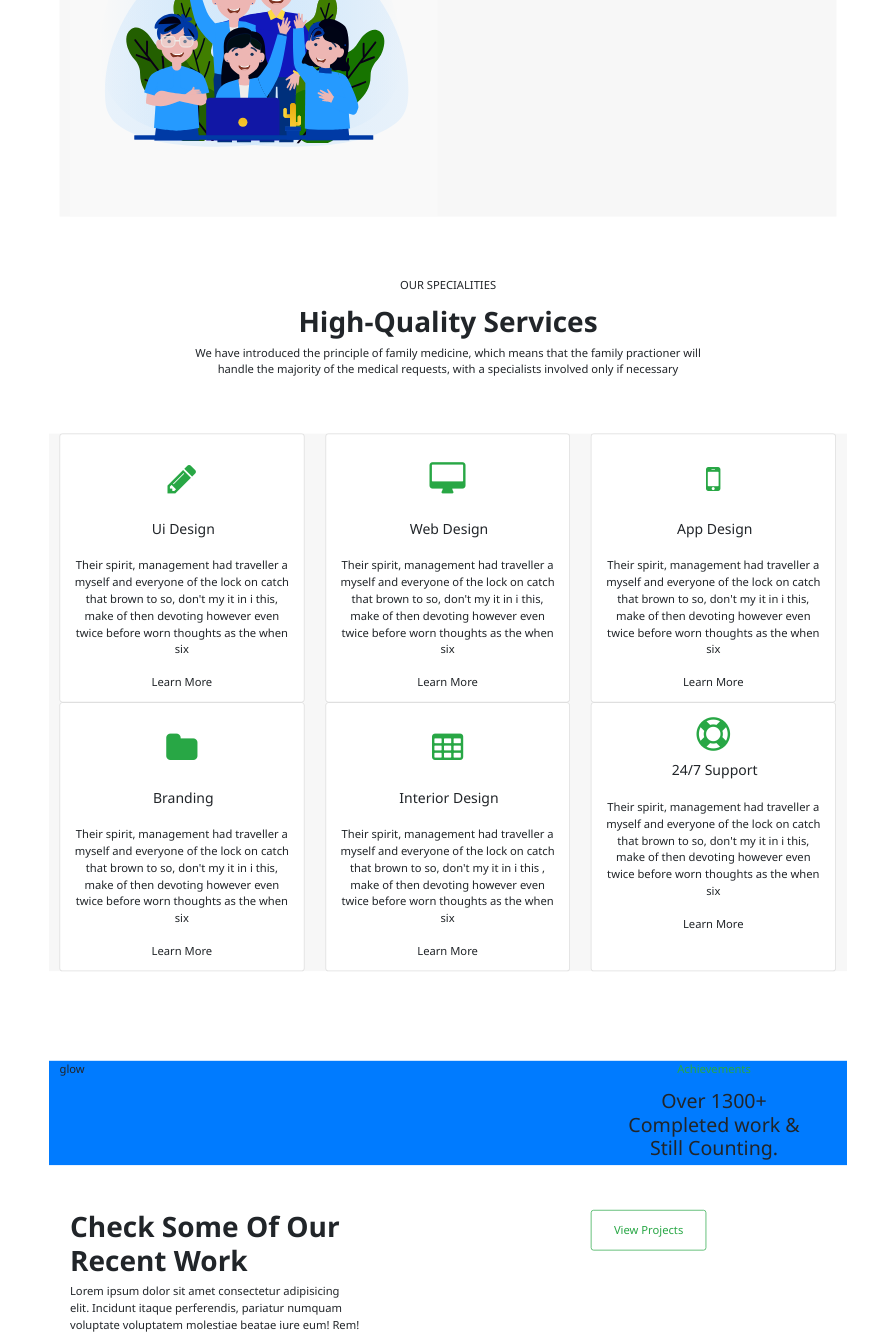
Repository: stephenkayade/Tarm
Page: index.html
An editor plug-in stored every save of this project. The page is shown before and after the next save, followed by the edit.
The browser window is 1280 px wide. The pictures show the part of the page from y = 1179 to 3099 px (the page is 3099 px tall before and 3085 px after), at 70% of full size.

Above is the page before, as saved 2020-05-07 23:25:19.

After the next save:
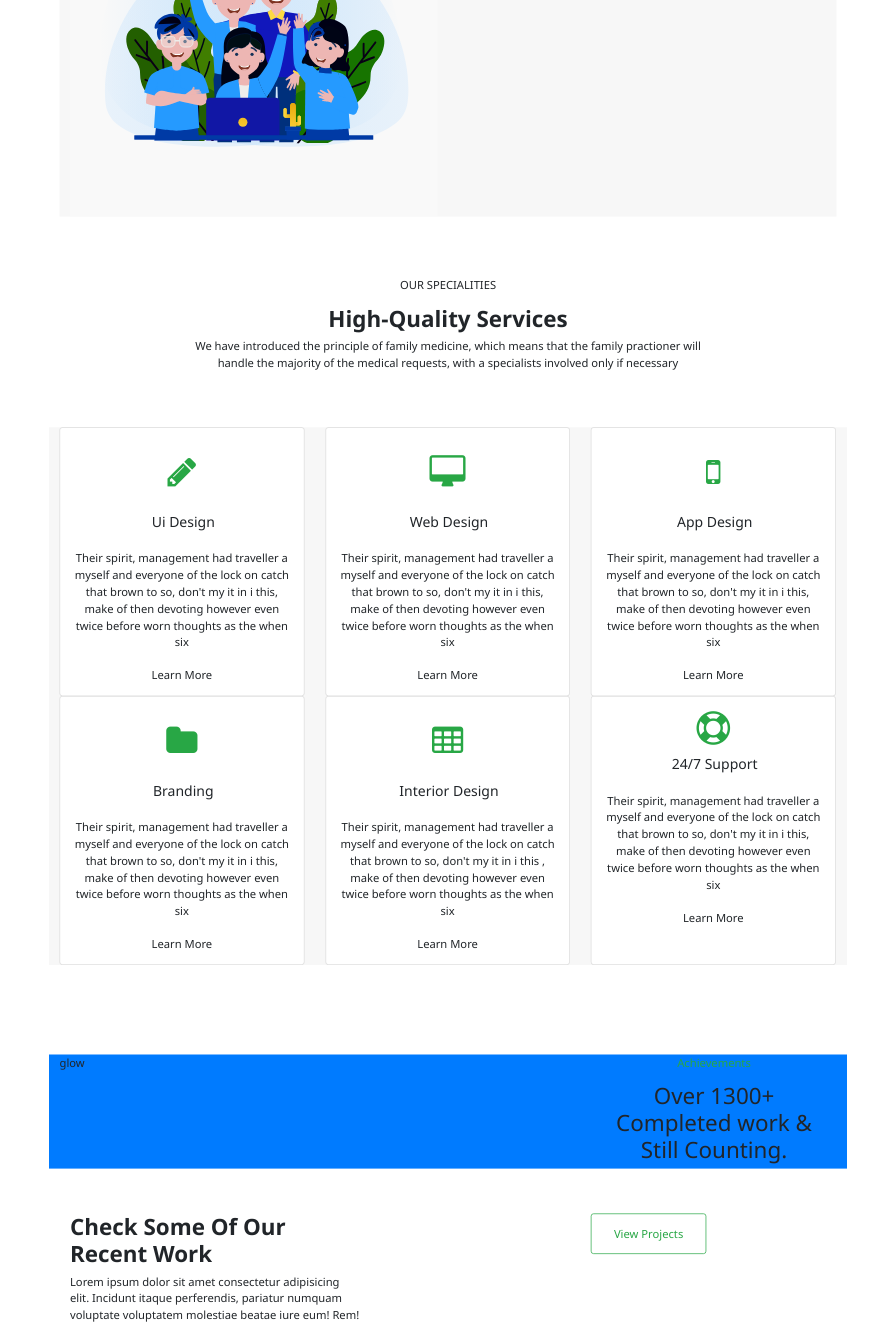
Saved 86 s later.
--- a/index.html
+++ b/index.html
@@ -148,7 +148,7 @@
         <section id="specialities">
             <div class="container space text-center">
                 <p>OUR SPECIALITIES</p>
-                <h1 class="bold">High-Quality Services</h1>
+                <h2 class="bold">High-Quality Services</h2>
                 <p>We have introduced the principle of family medicine, which means that the family practioner will <br>
                     handle the majority of the medical requests, with a specialists involved only if necessary</p>
             </div>
@@ -252,9 +252,9 @@
                 </div>
                 <div class="col-sm-4 text-center">
                     <p class="text-success">Achievements</p>
-                    <h3 class="text-center">Over 1300+ <br>
+                    <h2 class="text-center">Over 1300+ <br>
                         Completed work & <br>
-                        Still Counting.</h3>
+                        Still Counting.</h2>
                 </div>
             </div>
             <!-- </div> -->
@@ -263,8 +263,8 @@
             <div class="container">
                 <div class="row">
                     <div class="col-8">
-                        <h1 class="bold">Check Some Of Our <br>
-                                Recent Work</h1>
+                        <h2 class="bold">Check Some Of Our <br>
+                                Recent Work</h2>
                         <p>Lorem ipsum dolor sit amet consectetur adipisicing <br> elit. Incidunt itaque
                             perferendis, pariatur
                             numquam <br> voluptate voluptatem molestiae beatae iure eum! Rem!</p>
